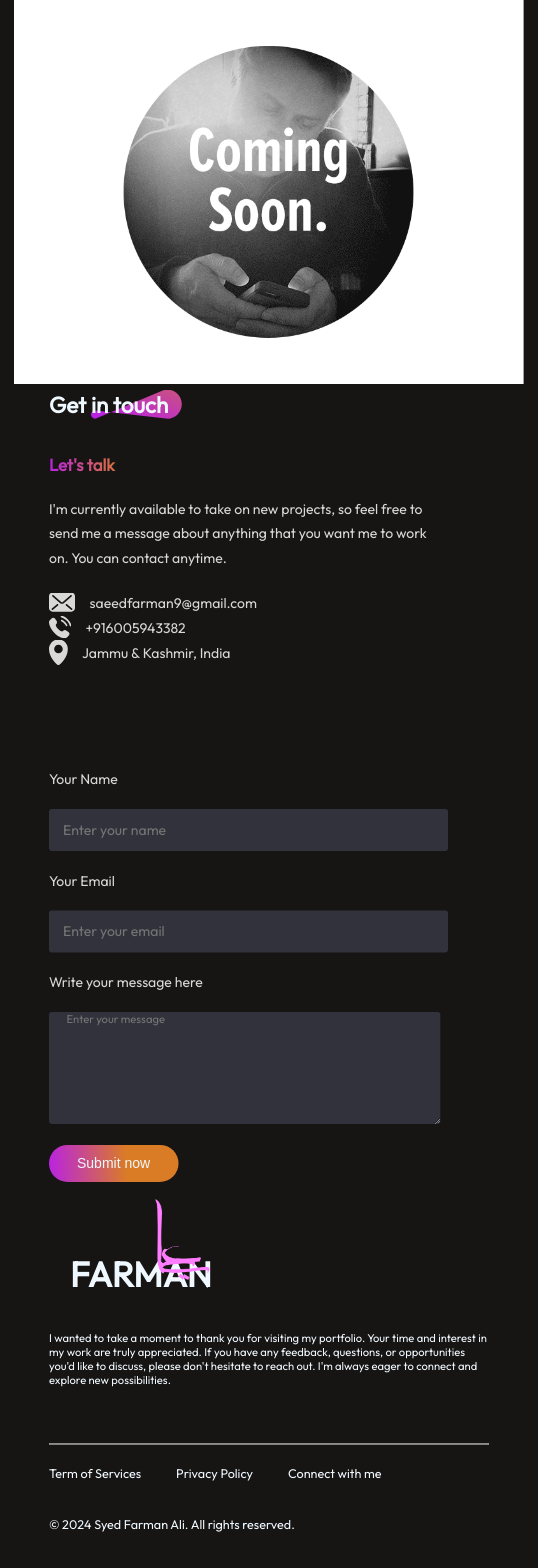
Repository: FARMAN9/portfolio_React
Page: /
The author's editor kept a copy of each file at every save. The page is drawn from the files as they stood at one save, then again after a run of saves.
The browser window is 768 px wide. The pictures show the part of the page from y = 3921 to 6161 px (the page is 6161 px tall), at 70% of full size.
The project was rebuilt for these pictures with package versions that can differ from the ones it lists, and the page was loaded fresh each time. Also part of the build but not shown: vite.config.js.

Above is the page before, as saved 2024-10-16 21:47:18.

After the next 2 saves:
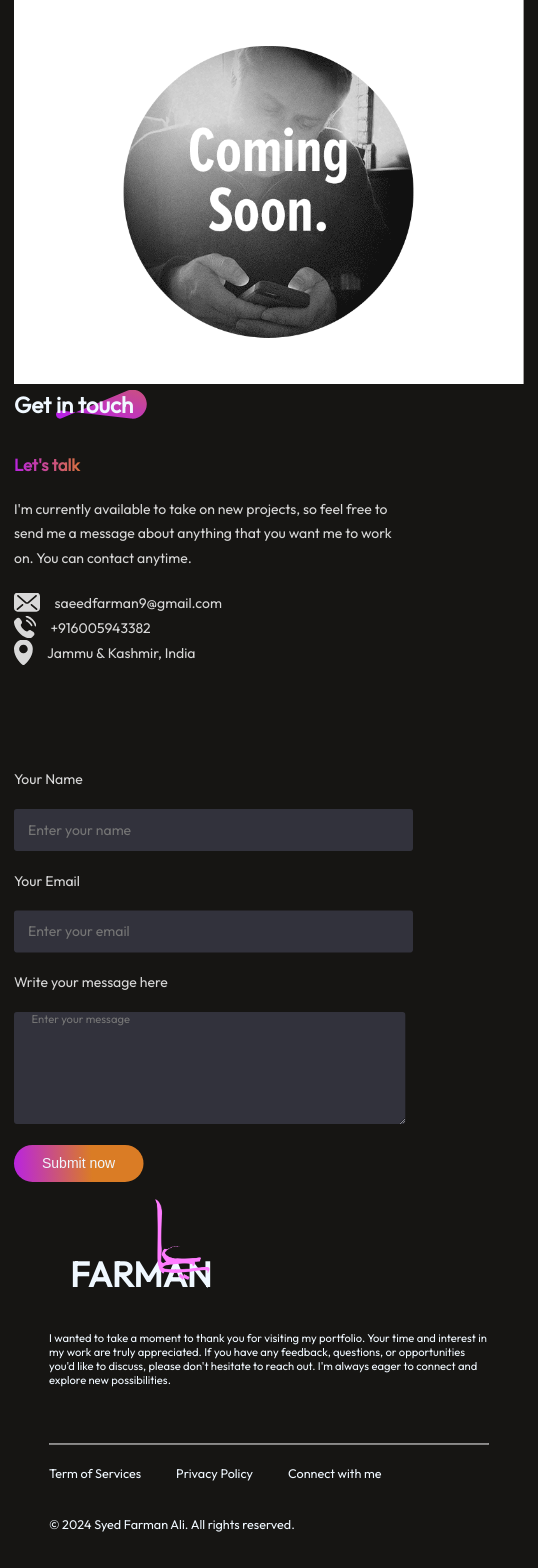
The 2 saves are shown as one change because they came seconds apart.
The last was saved 8 s later.
--- a/src/Components/Contact/Contact.css
+++ b/src/Components/Contact/Contact.css
@@ -148,7 +148,7 @@
 @media (max-width: 768px) {
   .contact {
     gap: 50px;
-    margin: 10px 70px;
+    margin: 10px 20px;
     align-items: start;
   }
   .contact-title h1 {
